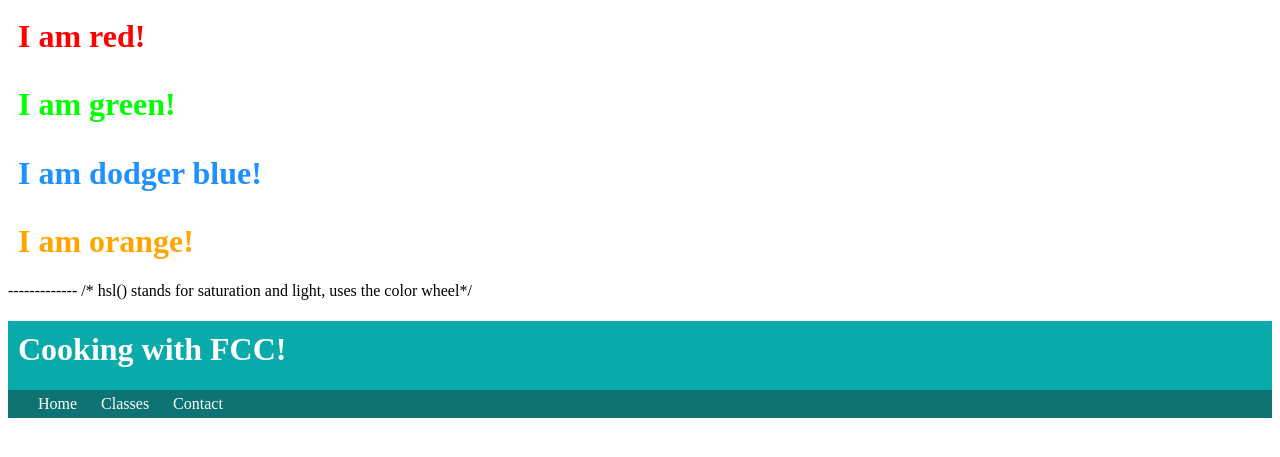
Repository: betsya97/freeCodeCamp_WebBasics
Page: html/colors.html
These files come from the project's save history. The page is drawn as it stood at one moment and after the next save; the edit follows.
The browser window is 1280 px wide. The pictures show the whole page.

Above is the page before, as saved 2021-03-07 23:12:46.

After the next save:
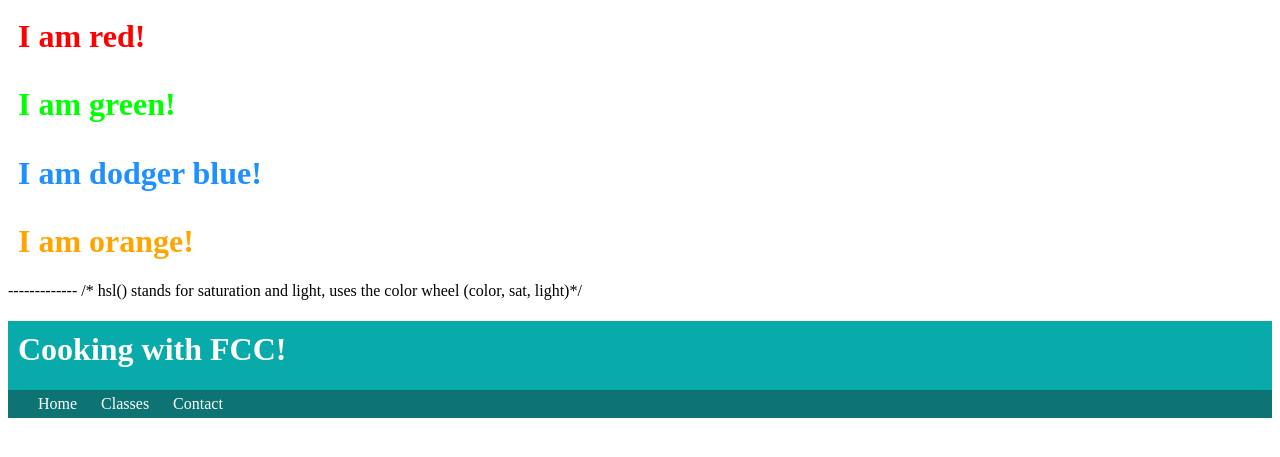
Saved 11 s later.
--- a/html/colors.html
+++ b/html/colors.html
@@ -24,7 +24,7 @@
   <!--or  1 digit for R, 1 for G, 1 for Blue -->
   <!--alternative: use rgb(0,0,0);-->
   -------------
-/* hsl() stands for saturation and light, uses the color wheel*/
+/* hsl() stands for saturation and light, uses the color wheel (color, sat, light)*/
   <style>
     header {
       background-color: hsl(180, 90%, 35%);
